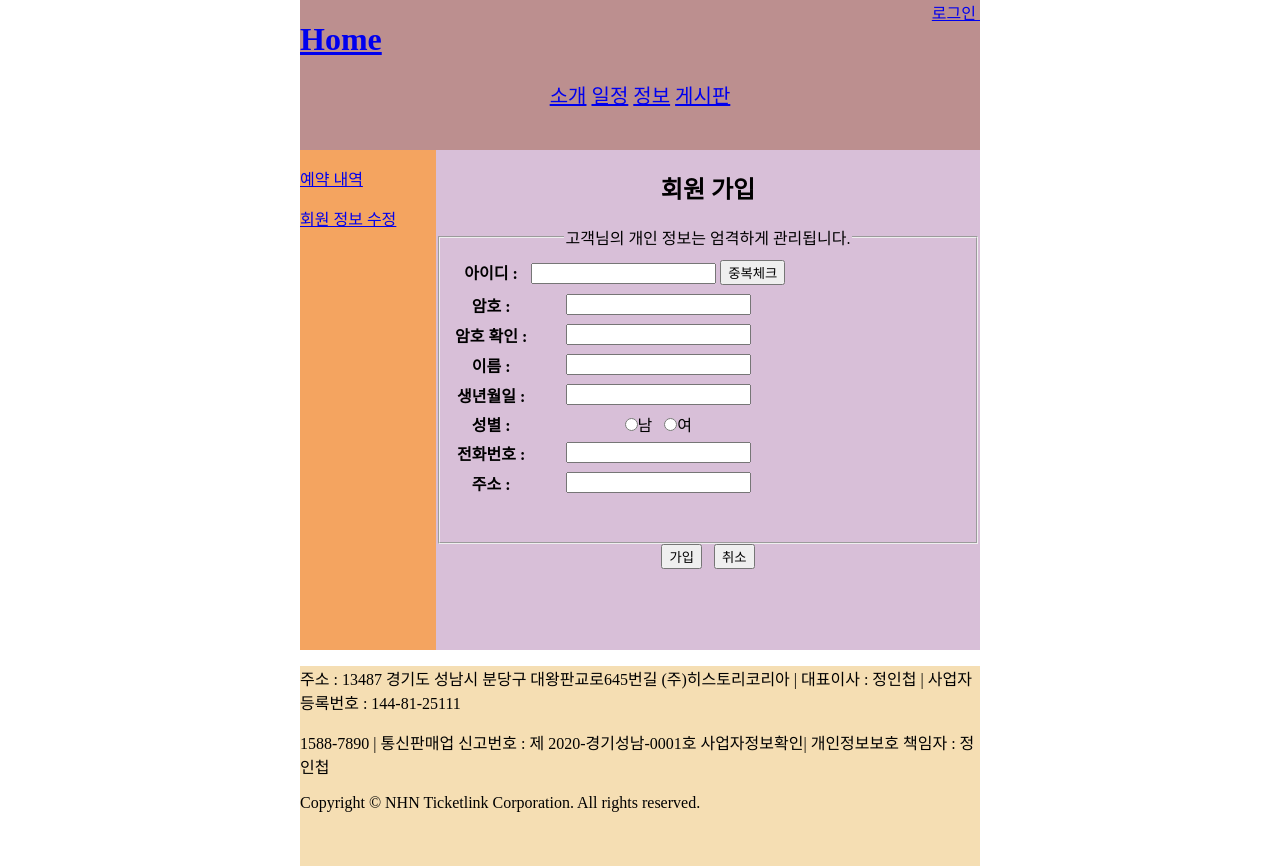
Repository: dlscjq34/JSP_historyTour
Page: http://localhost/HistoryTour/WEB-INF/views/member/joinMember.jsp
These files come from the project's save history. The page is drawn as it stood at one moment and after the next save; the edit follows.
The browser window is 1280 px wide. The pictures show the whole page.
The page is served by Tomcat 9. Nobody is signed in. Other server files are loaded and not shown. The template is opened directly, without the code that normally fills it, so the values that code supplies are empty.

Above is the page before, as saved 2020-12-21 02:36:11.

### HistoryTour/WebContent/WEB-INF/views/member/joinMember.jsp
<%@ page language="java" contentType="text/html; charset=UTF-8"
    pageEncoding="UTF-8"%>
<!DOCTYPE html>
<html lang="en">
<head>
    <jsp:include page="/WEB-INF/views/include/head.jsp" />
    <link rel="stylesheet" href="css/editMember.css">
</head>
<body>
    <!-- <header> -->
    <jsp:include page="/WEB-INF/views/include/header.jsp" />


    <!-- center = <aside> + <article> -->
    <div class="center">
        <aside>
            <p><a href="ticket.do">예약 내역</a></p>
            <p><a href="editMember.do">회원 정보 수정</a></p>
        </aside>

        <article>
            <h1>회원 가입</h1>
                <form action="joinMemberPro.do" method="post" name="frm" onsubmit="return lenCheck()">

                    <fieldset>
                        <legend>고객님의 개인 정보는 엄격하게 관리됩니다.</legend>
                        <table>
                		<tr>
                			<th>아이디 :
                			<td><input type="text" name="id" id="id" />
                				<input type="button" onclick="dupCheck()" value="중복체크">
                		</tr>
                		<tr>
                			<th>암호 :
                			<td><input type="password" name="pswd1" id="pswd1" required/>
                		</tr>
                		<tr>
                			<th>암호 확인 :
                			<td><input type="password" name="pswd2" id="pswd2" required onkeyup="pwCheck()"/>
                				<span class="pwStatus"></span>
                		</tr>
                		<tr>
                			<th>이름 :
                			<td><input type="text" name="name" id="name" required/>
                		</tr>
                		<tr>
                			<th>생년월일 :
                			<td><input type="text" name="birth" id="birth" required/>
                		</tr>
                		<tr>
                			<th>성별 :
                			<td><input type="radio" name="gender" id="man" value="1" required />남 &nbsp;
                				<input type="radio" name="gender" id="woman" value="2" required />여
                		</tr>
                		<tr>
                			<th>전화번호 :
                			<td><input type="text" name="tel" id="tel" required>
                		</tr>
                		<tr>
                			<th>주소 :
                			<td><input type="text" name="address" id="address" required>
                		</tr>
                	</table>
                    </fieldset>
                    <input type="submit" name="enroll" class="enroll" value="가입"> &nbsp;
                    <input type="reset" value="취소">
                </form>
        </article>
    </div>


    <!-- <footer> -->
    <jsp:include page="/WEB-INF/views/include/footer.jsp" />

</body>

<script>
	function dupCheck() {
		let id = document.frm.id.value;
		if(id == '') {
			alert("아이디를 입력하세요");
			document.frm.id.focus();
			return;
		}
		window.open('joinCheck.do?id='+id, 'joinCheck', 'width=600, height=300');
	}

	function lenCheck() {
		let id = document.frm.id.value.trim();

		if(!(id.length >= 3 && id.length <=12)) {
			alert("아이디는 3에서 12글자만 입력 가능합니다.");
			document.frm.id.select();
			return false;
		}
	}

	function pwCheck() {
		pw1 = document.frm.pswd1.value;
		alert(pw1);
	}
</script>

</html>

### HistoryTour/WebContent/WEB-INF/views/include/head.jsp
<%@ page language="java" contentType="text/html; charset=UTF-8"
    pageEncoding="UTF-8"%>
<meta charset="UTF-8">
<meta name="viewport" content="width=device-width, initial-scale=1.0">
<title>Document</title>
<link rel="stylesheet" href="css/common.css">

### HistoryTour/WebContent/WEB-INF/views/include/header.jsp
<%@ page language="java" contentType="text/html; charset=UTF-8"
    pageEncoding="UTF-8"%>
<%@ taglib prefix="c" uri="http://java.sun.com/jsp/jstl/core" %>
<%
	//쿠키에 아이디가 있으면 세션으로 빼온다.
	Cookie[] cookies = request.getCookies();

	if (cookies != null) {
		for(Cookie cookie : cookies) {
			if(cookie.getName().equals("id")) {
				String id = cookie.getValue();
				session.setAttribute("id", id);
			}
		}
	}

	String id = (String)session.getAttribute("id");
%>

<header>
    <div class="home-line">
        <h1><a href="index.do">Home</a></h1>
        <!-- 세션으로 빼온 아이디가 있으면 -->
<%
			if (id != null) {
%>
        		${ id } 님 반갑습니다.&nbsp;
        		<a href="myPage.do">마이페이지</a>&nbsp;
        		<a href="logoutPro.do">로그아웃</a>
<%
			} else {
%>
        	<!-- 세션으로 빼온 아이디가 없으면 -->
        		 <a href="login.do">로그인&nbsp;</a>
<%
			}
%>

    </div>
    <div class="menu">
        <a href="intro.do">소개</a>
        <a href="schedule.do">일정</a>
        <a href="information.do">정보</a>
        <a href="board.do">게시판</a>
    </div>
</header>

### HistoryTour/WebContent/WEB-INF/views/include/footer.jsp
<%@ page language="java" contentType="text/html; charset=UTF-8"
    pageEncoding="UTF-8"%>
<footer>
    <p>주소 : 13487 경기도 성남시 분당구 대왕판교로645번길 (주)히스토리코리아 | 대표이사 : 정인첩 | 사업자등록번호 : 144-81-25111</p>
    <p>1588-7890 |  통신판매업 신고번호 : 제 2020-경기성남-0001호 사업자정보확인| 개인정보보호 책임자 : 정인첩</p>
    <p>Copyright © NHN Ticketlink Corporation. All rights reserved.</p>
</footer>

### HistoryTour/WebContent/css/common.css
body {
  grid-template-columns: 1fr 1fr;
  box-sizing: border-box;
  margin: 0 300px;
}

/* header ----------------------------------------------- */

header {
  background: rosybrown;
  height: 150px;
}
header .home-line {
  display: flex;
}
header .home-line h1 {
  flex: 1;
}
header .menu {
  text-align: center;
  font-size: 20px;
}

/* <aside> <article> ----------------------------------------------- */

.center {
  display: flex;
  height: 500px;
  background: turquoise;
}
.center aside {
  background: sandybrown;
  flex: 2;
}
.center article {
  background: thistle;
  flex: 8;
  text-align: center;
}


/* footer ----------------------------------------------- */

footer {
  background: wheat;
  height: 200px;
}

### HistoryTour/WebContent/css/editMember.css
/* .center article form {
  background: red;
} */
.center article form fieldset {
  height: 300px;
}
.center article form fieldset input{
  margin: 1% 0;
}
.center article form .edit {
  position: relative;
  margin-top: 5%;
  left: 40%;
  width: 100px;
  font-size: 20px;
}

After the next save:
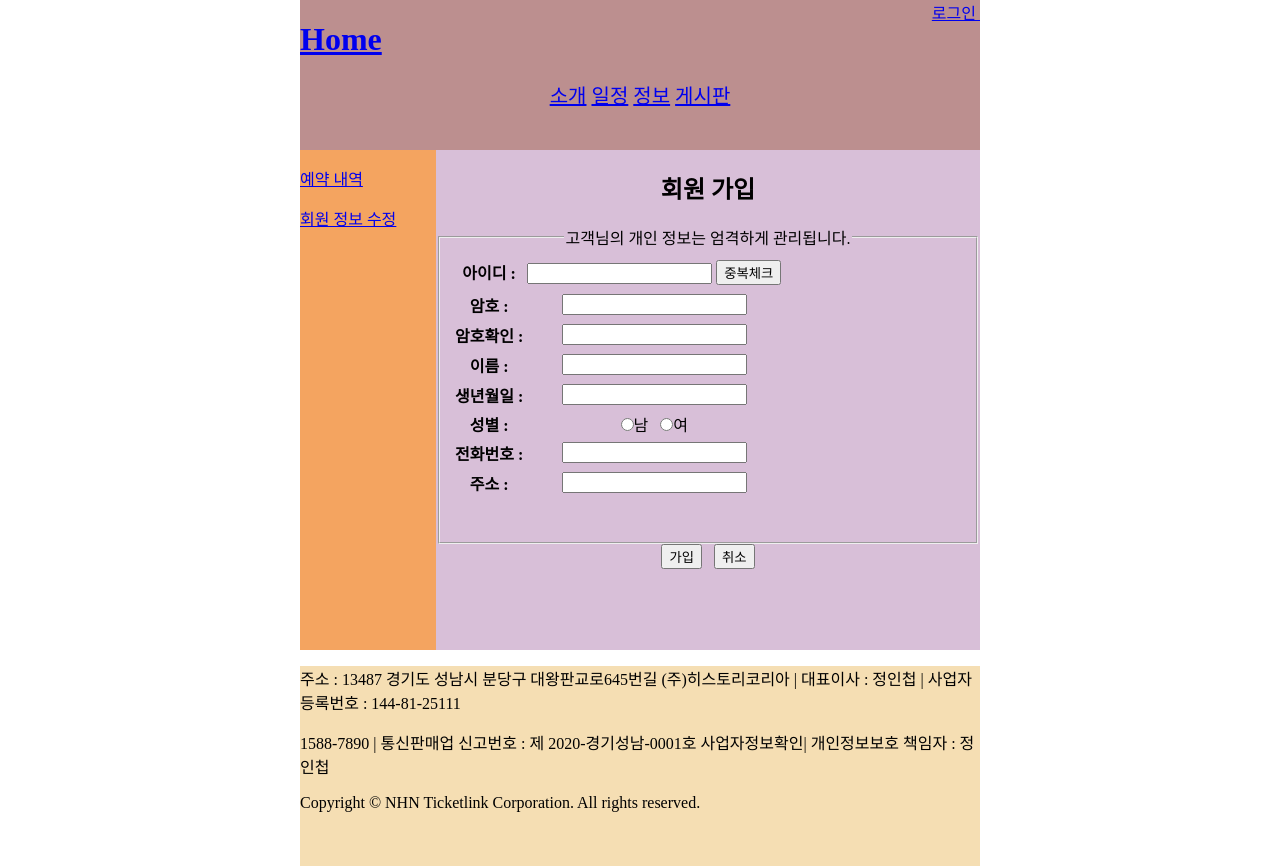
Saved 7 s later.
--- a/HistoryTour/WebContent/WEB-INF/views/member/joinMember.jsp
+++ b/HistoryTour/WebContent/WEB-INF/views/member/joinMember.jsp
@@ -35,7 +35,7 @@
                 			<td><input type="password" name="pswd1" id="pswd1" required/>
                 		</tr>
                 		<tr>
-                			<th>암호 확인 :
+                			<th>암호확인 :
                 			<td><input type="password" name="pswd2" id="pswd2" required onkeyup="pwCheck()"/>
                 				<span class="pwStatus"></span>
                 		</tr>
